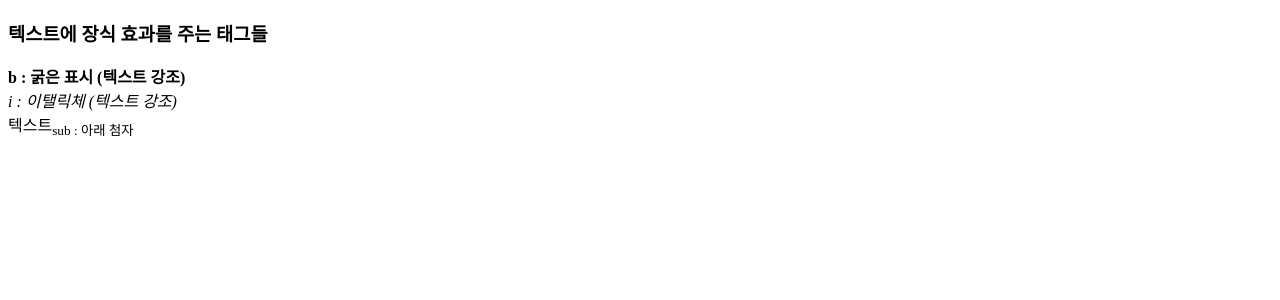
Repository: roditee/Frontend_ex
Page: HTML01/src/main/webapp/text.html
The author's editor kept a copy of each file at every save. The page is drawn from the files as they stood at one save, then again after the next save.
The browser window is 1280 px wide. The pictures show the whole page.

Above is the page before, as saved 2021-12-02 02:49:58.

After the next save:
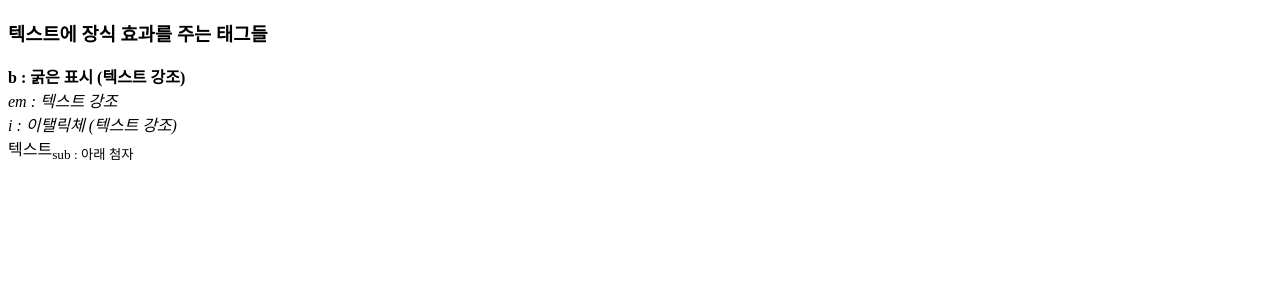
Saved 47 s later.
--- a/HTML01/src/main/webapp/text.html
+++ b/HTML01/src/main/webapp/text.html
@@ -7,6 +7,7 @@
 	<body>
 		<h3>텍스트에 장식 효과를 주는 태그들</h3>
 		<b>b : 굵은 표시 (텍스트 강조)</b><br>
+		<em>em : 텍스트 강조</em><br>
 		<i>i : 이탤릭체 (텍스트 강조)</i><br>
 		텍스트<sub>sub : 아래 첨자</sub>
 	</body>
